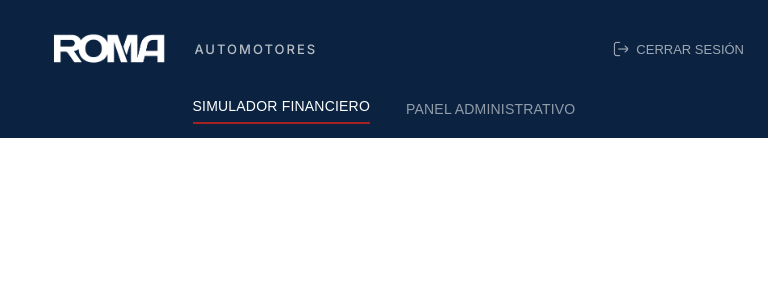
Repository: PPIII-9-012/Roma-System
Page: public/index.html
The author's editor kept a copy of each file at every save. The page is drawn from the files as they stood at one save, then again after the next save.
The browser window is 768 px wide. The pictures show the whole page.

Above is the page before, as saved 2026-08-22 12:34:07.

After the next save:
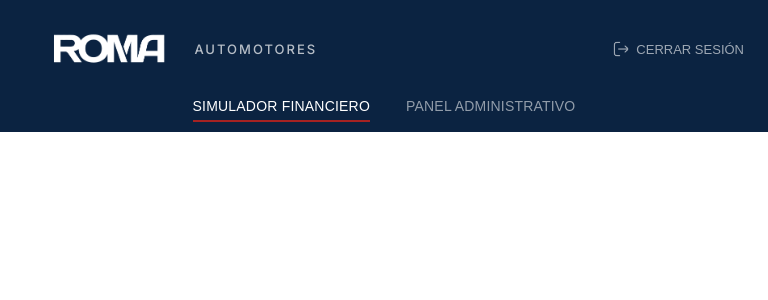
Saved 2 min 16 s later.
--- a/public/index.html
+++ b/public/index.html
@@ -62,14 +62,22 @@
             padding-bottom: 4px;
             letter-spacing: .2px;
             transition: opacity .15s;
+            position: relative;
         }
         .navbar-link:hover {
             opacity: .85;
         }
         .navbar-link.active {
             opacity: 1;
-            border-bottom: 2px solid #a52222;
-            padding-bottom: 26px;
+        }
+        .navbar-link.active::after {
+            content: "";
+            position: absolute;
+            left: 0;
+            right: 0;
+            bottom: -8px;
+            height: 2px;
+            background: #a52222;
         }
         .navbar-logout {
             font-size: 13px;
@@ -106,7 +114,10 @@
                 justify-content: center;
             }
             .navbar-link.active {
-                padding-bottom: 8px;
+                padding-bottom: 4px;
+            }
+            .navbar-link.active::after {
+                bottom: -4px;
             }
         }
         @media (max-width: 560px) {
